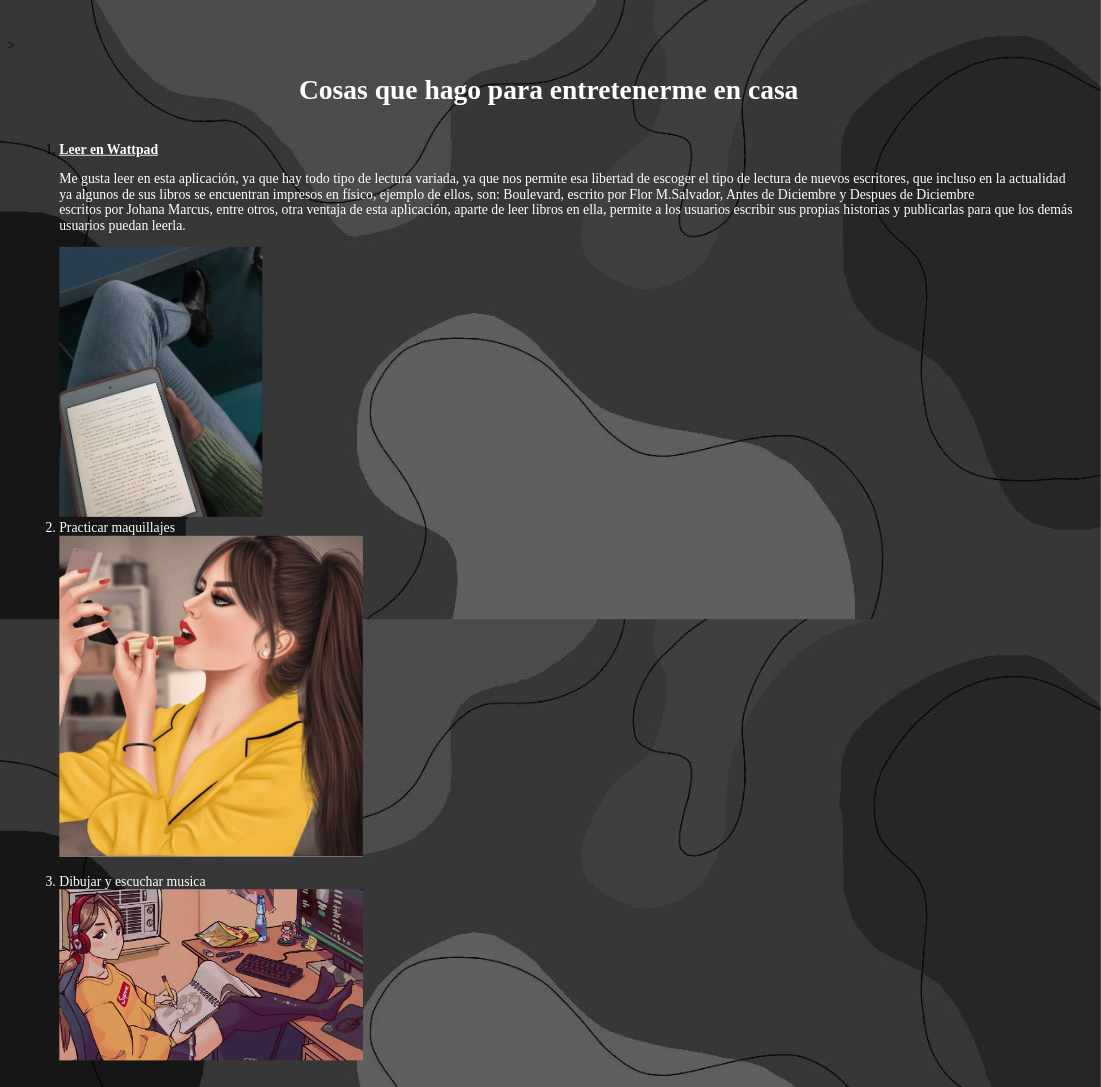
Repository: darlyn-saravia27/portafolio-darlynsaravia
Page: archivoshtml/entretenimiento.html
An editor plug-in stored every save of this project. The page is shown before and after the next save, followed by the edit.
The browser window is 1280 px wide. The pictures show the whole page, at 86% of full size.

Above is the page before, as saved 2023-03-05 04:08:41.

### archivoshtml/entretenimiento.html
<!DOCTYPE html>
<html lang="en">
<head>
    <meta charset="UTF-8">
    <meta http-equiv="X-UA-Compatible" content="IE=edge">
    <meta name="viewport" content="width=device-width, initial-scale=1.0">
    <title>Entretenimiento</title>
</head>
<body background="fondo.png">
    <table align="center">
        <tr>
            <td align="center"><h1><font color="white">Cosas que hago para entretenerme en casa
            </font></h1></td>
            <br>
            <br>
            <td></td>
        </tr>>
        <tr>
            <td>
                <ol type="1"><li><font color="white"><strong><u>Leer en Wattpad</strong></font></u></li>
                    <p><font color="white">Me gusta leer en esta aplicación, ya que hay todo tipo de lectura variada, ya que nos permite esa libertad
                    de escoger el tipo de lectura de nuevos escritores, que incluso en la actualidad <br>ya algunos de sus libros
                    se encuentran impresos en físico, ejemplo de ellos, son: Boulevard, escrito por Flor M.Salvador, Antes de Diciembre
                    y Despues de Diciembre <br>escritos por Johana Marcus, entre otros, otra ventaja de esta aplicación, aparte de leer libros
                    en ella, permite a los usuarios escribir sus propias historias y publicarlas para que los demás<br> usuarios puedan leerla.</p>
                    <img src="Book.png" width="20%" height="20%">
                <li type="1"><font color="white">Practicar maquillajes</li>
                    <img src="art.png" width="30%" height="30%">
                    <p></p>
                <li type="1">Dibujar y escuchar musica</li>
                    <img src="dibujo.png" width="30%" height="30%">
                </ol>
            </td>

</body>
</html>

After the next save:
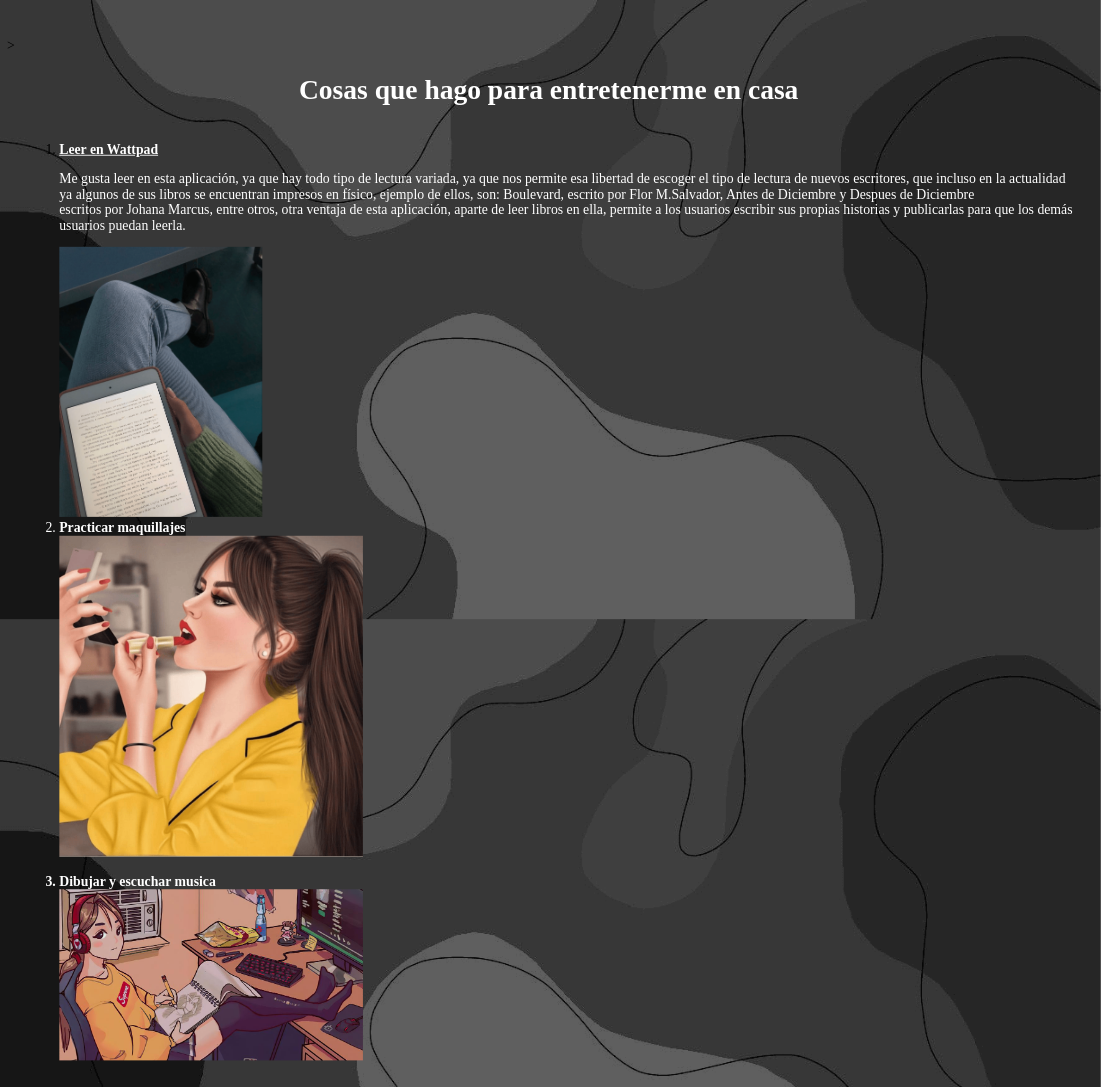
Saved 46 s later.
--- a/archivoshtml/entretenimiento.html
+++ b/archivoshtml/entretenimiento.html
@@ -24,7 +24,7 @@
                     y Despues de Diciembre <br>escritos por Johana Marcus, entre otros, otra ventaja de esta aplicación, aparte de leer libros
                     en ella, permite a los usuarios escribir sus propias historias y publicarlas para que los demás<br> usuarios puedan leerla.</p>
                     <img src="Book.png" width="20%" height="20%">
-                <li type="1"><font color="white">Practicar maquillajes</li>
+                <li type="1"><font color="white"><strong>Practicar maquillajes</li>
                     <img src="art.png" width="30%" height="30%">
                     <p></p>
                 <li type="1">Dibujar y escuchar musica</li>
